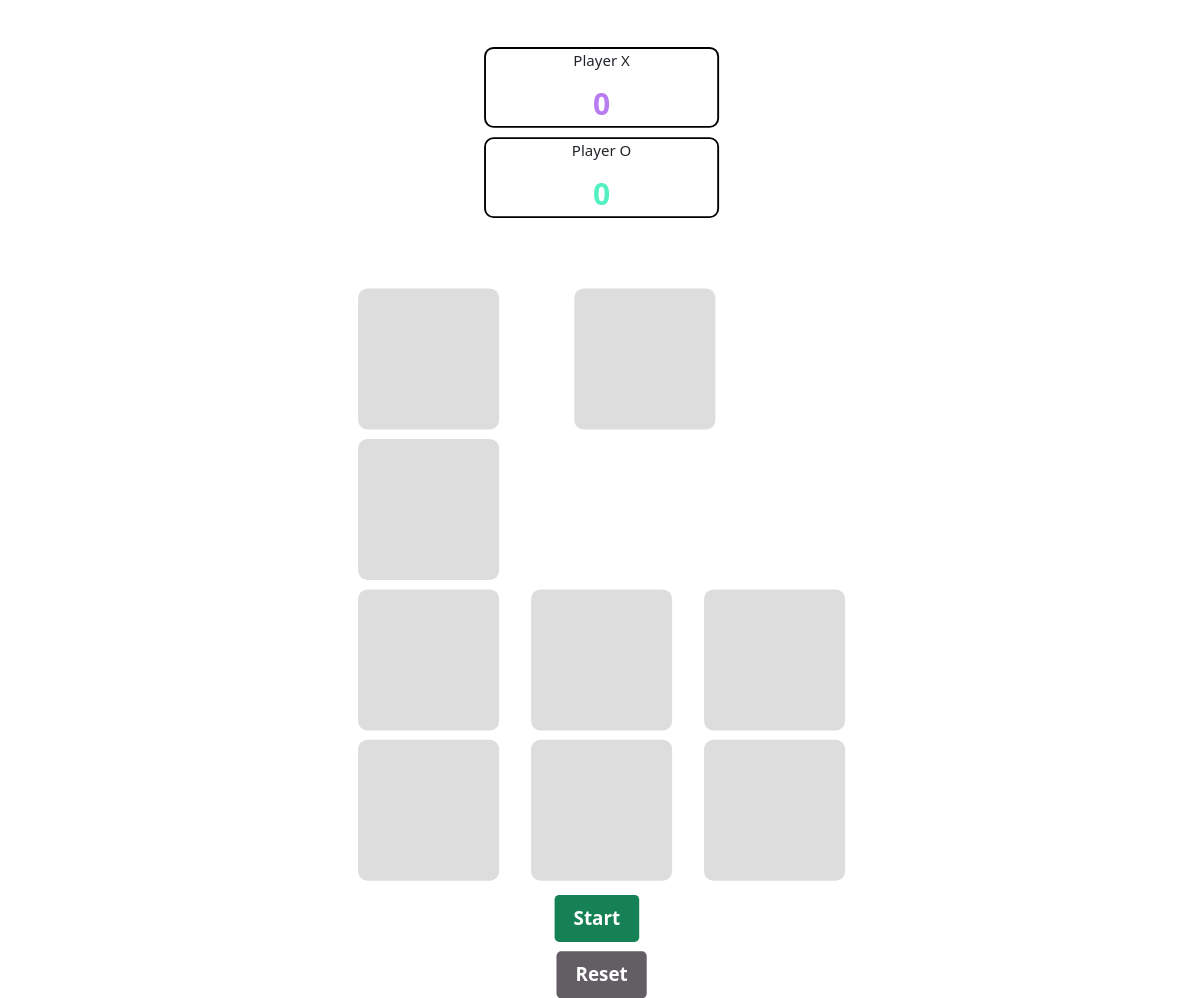
Repository: woodsdeshe/Tic-Tac-Toe
Page: index.html
These files come from the project's save history. The page is drawn as it stood at one moment and after the next save; the edit follows.
The browser window is 1280 px wide. The pictures show the whole page, at 94% of full size.

Above is the page before, as saved 2023-03-31 21:43:03.

### index.html
<!DOCTYPE html>
<html lang="en">
  <head>
    <meta charset="UTF-8" />
    <meta http-equiv="X-UA-Compatible" content="IE=edge" />
    <meta name="viewport" content="width=device-width, initial-scale=1.0" />
    <title>Tic Tac Toe | DeShe Woods</title>
    <link rel="stylesheet" href="styles.css" />
    <link
      href="https://cdn.jsdelivr.net/npm/bootstrap@5.3.0-alpha2/dist/css/bootstrap.min.css"
      rel="stylesheet"
      integrity="sha384-aFq/bzH65dt+w6FI2ooMVUpc+21e0SRygnTpmBvdBgSdnuTN7QbdgL+OapgHtvPp"
      crossorigin="anonymous"
    />
  </head>
  <body>
    <div class="container">
      <div class="row">
        <div class="col-12 scoreboard scoreboard-left">
          <div>Player X</div>
          <div class="score-x">0</div>
        </div>
        <div class="col-12 scoreboard scoreboard-right">
          <div>Player O</div>
          <div class="score-o">0</div>
        </div>
      </div>
      <div class="message"></div>
      <div class="container game-board">
        <div class="row">
          <div class="col-5">
            <div class="tile square-1"></div>
          </div>
          <div class="col-4">
            <div class="tile square-2"></div>
          </div>
          <div class="col-4">
            <div class="tile square-3"></div>
          </div>
        </div>
        <div class="row">
          <div class="col-4">
            <div class="tile square-4"></div>
          </div>
          <div class="col-4">
            <div class="tile square-5"></div>
          </div>
          <div class="col-4">
            <div class="tile square-6"></div>
          </div>
        </div>
        <div class="row">
          <div class="col-4">
            <div class="tile square-7"></div>
          </div>
          <div class="col-4">
            <div class="tile square-8"></div>
          </div>
          <div class="col-4">
            <div class="tile square-9"></div>
          </div>
        </div>
      </div>
        <div class="start">
            <button class="startBtn">Start</button>
        </div>
        <div class="reset">
            <button class="reset-btn">Reset</button>
        </div>
    </div>
    <script
      src="https://cdn.jsdelivr.net/npm/bootstrap@5.3.0-alpha2/dist/js/bootstrap.bundle.min.js"
      integrity="sha384-qKXV1j0HvMUeCBQ+QVp7JcfGl760yU08IQ+GpUo5hlbpg51QRiuqHAJz8+BrxE/N"
      crossorigin="anonymous"
    ></script>
    <script src="script.js"></script>
  </body>
</html>

### styles.css
.container {
  display: flex;
  flex-direction: column;
  align-items: center;
  margin-top: 50px;
}

.scoreboard {
  display: flex;
  flex-direction: column;
  align-items: center;
  border: 2px solid black;
  border-radius: 10px;
  width: 200px;
}

.scoreboard-left {
  margin-right: 70px;
  margin-bottom: 10px;
}

.scoreboard-right {
  margin: 0;
}

.score-x {
  font-size: 48px;
  color: rgb(184, 123, 241);
}

.score-o {
  font-size: 48px;
  color: rgb(83, 240, 193);
}

.score-x,
.score-o {
  font-size: 2em;
  font-weight: bold;
  margin-top: 10px;
}

.message {
  font-size: 2em;
  margin-bottom: 20px;
}

.game-board {
  display: flex;
  justify-content: center;
}

.tile {
  width: 150px;
  height: 150px;
  background-color: #ddd;
  margin: 5px;
  border-radius: 10px;
  display: flex;
  justify-content: center;
  align-items: center;
  font-size: 50px;
  font-weight: bold;
  cursor: pointer;
}

.startBtn {
    font-size: 20px;
    font-weight: bold;
    padding: 10px 20px;
    background-color: #158154;
    color: white;
    border-radius: 5px;
    border: none;
    cursor: pointer;
}

.start,
.reset {
  display: flex;
  justify-content: center;
  margin-top: 10px;
}

.startBtn,
.reset-btn {
  font-size: 20px;
  font-weight: bold;
  padding: 10px 20px;
  border-radius: 5px;
  border: none;
  cursor: pointer;
}

.reset-btn {
    background-color: #625e64;
    color: white;
  }

.startBtn {
    background-color: #158154;
    color: white;
    margin-right: 10px;
  }

.x-symbol {
    color: rgb(184, 123, 241);
}

.o-symbol {
    color: rgb(83, 240, 193);
}

@media (max-width: 767px) {
  .scoreboard {
    margin-bottom: 20px;
  }
}

### script.js
// Variables that access the squares, reset button, scoreboards , and messaging for the game that will stay constant
const gameBoard = document.querySelector(".game-board");
const resetBtn = document.querySelector(".reset-btn");
const scoreboardX = document.querySelector(".score-x");
const scoreboardO = document.querySelector(".score-o");
const message = document.querySelector(".message");
const tile = document.querySelectorAll(".tile");

// Variables that access the current player, game over, X and O scores that will change based on conditions of the game
let currentPlayer = "X";
let gameOver = false;
let xScore = 0;
let oScore = 0;

// This event listener will check to see if the tiles are empty and will fill them with the symbol of the current player

gameBoard.addEventListener("click", (event) => {
  event.preventDefault();

  //This if statement checks to see if the game is over before allowing the players to continue playing. If gameOver is true, then the board becomes unclickable
  if (gameOver) {
    return;
  }

  // This variable will hold the square that gets clicked using the .target property
  const square = event.target;

  // Checks to see if the square contains a class of tile and the square is empty. If it's empty then the square will contain a symbol and alternate the symbol according to the current player
  if (square.classList.contains("tile") && square.textContent === "") {
    // This if statement adds or removes the appropriate symbol class based on the current player so that the colors of the symbols will be different
    if (currentPlayer === "X") {
      square.classList.add("x-symbol");
      square.classList.remove("o-symbol");
    } else {
      square.classList.add("o-symbol");
      square.classList.remove("x-symbol");
    }

    square.textContent = currentPlayer;

    //Updates the message variable to show who's turn it is on the screen
    message.textContent = `It's ${currentPlayer} turn`;

    currentPlayer = currentPlayer === "X" ? "O" : "X";
  }

  //Calls the checkForWinner function after each turn to see if a player has won
  checkForWinner();
});

// Check to see if the tiles contain a winning play of a specific player
function currentPlay(plays, player) {
  // The .every method checks through every tile within the player array that checks to see if they contain the current players symbol with a boolean "true" or "false"
  return plays.every((tile) => {
    tileElement = document.querySelector(`.square-${tile}`);
    return tileElement.textContent === player;
  });
}

// This function will check to see which player has the winning set after each move
function checkForWinner() {
  // Nested arrays that show all the winning plays that are needed to win
  const winningPlays = [
    [1, 2, 3],
    [4, 5, 6],
    [7, 8, 9],
    [1, 4, 7],
    [2, 5, 8],
    [3, 6, 9],
    [1, 5, 9],
    [3, 5, 7],
  ];

  // Loops through each array within "winingPlays" and stores the values in the variable "plays"
  for (let i = 0; i < winningPlays.length; i++) {
    const plays = winningPlays[i];

    // Create if/else conditions that will check to see if the current player has a winning play thats in 'winningPlays', if no one wins, it calls the "itsATie" function to alert the players that the game is over and prevents the players from continuing to play using th endGame function"
    if (currentPlay(plays, "X")) {
      xScore++;
      scoreboardX.textContent = xScore;
      message.textContent = "Player X Wins!";
      gameOver = true;
      endGame();
    } else if (currentPlay(plays, "O")) {
      oScore++;
      scoreboardO.textContent = oScore;
      message.textContent = "Player O Wins!";
      gameOver = true;
      endGame();
    } else if (itsATie()) {
      message.textContent = "Game over! It's a tie!!!";
      gameOver = true;
      endGame();
    }
  }

  // This function iterates through all the tiles on the board and checks to see if the board is full. If there isn't any empty tiles left, it returns true.
  function itsATie() {
    for (let i = 0; i < tile.length; i++) {
      if (tile[i].textContent === "") {
        return false;
      }
    }
    return true;
  }

  // This function iterates through all the tiles in the game and removes the gameBoard listener so that the board is no longer clickable when the game is over
  function endGame() {
    for (let i = 0; i < tile.length; i++) {
      tile[i].removeEventListener("click", handleClick);
    }
  }
}

//This function resets the game
function resetGame() {
  currentPlayer = "X";
  gameOver = false;
  message.textContent = `It's ${currentPlayer} turn`;
  scoreboardX.textContent = "0";
  scoreboardO.textContent = "0";
  xScore = 0;
  oScore = 0;

  // Clears the board by setting the text content of all tiles to an empty string
  tile.forEach((tile) => {
    tile.textContent = "";
  });

  // Add back the event listener to each tile so that they are clickable again
  tile.forEach((tile) => {
    tile.addEventListener("click", handleTileClick);
  });
}

resetBtn.addEventListener("click", () => {
  resetGame();
});

After the next save:
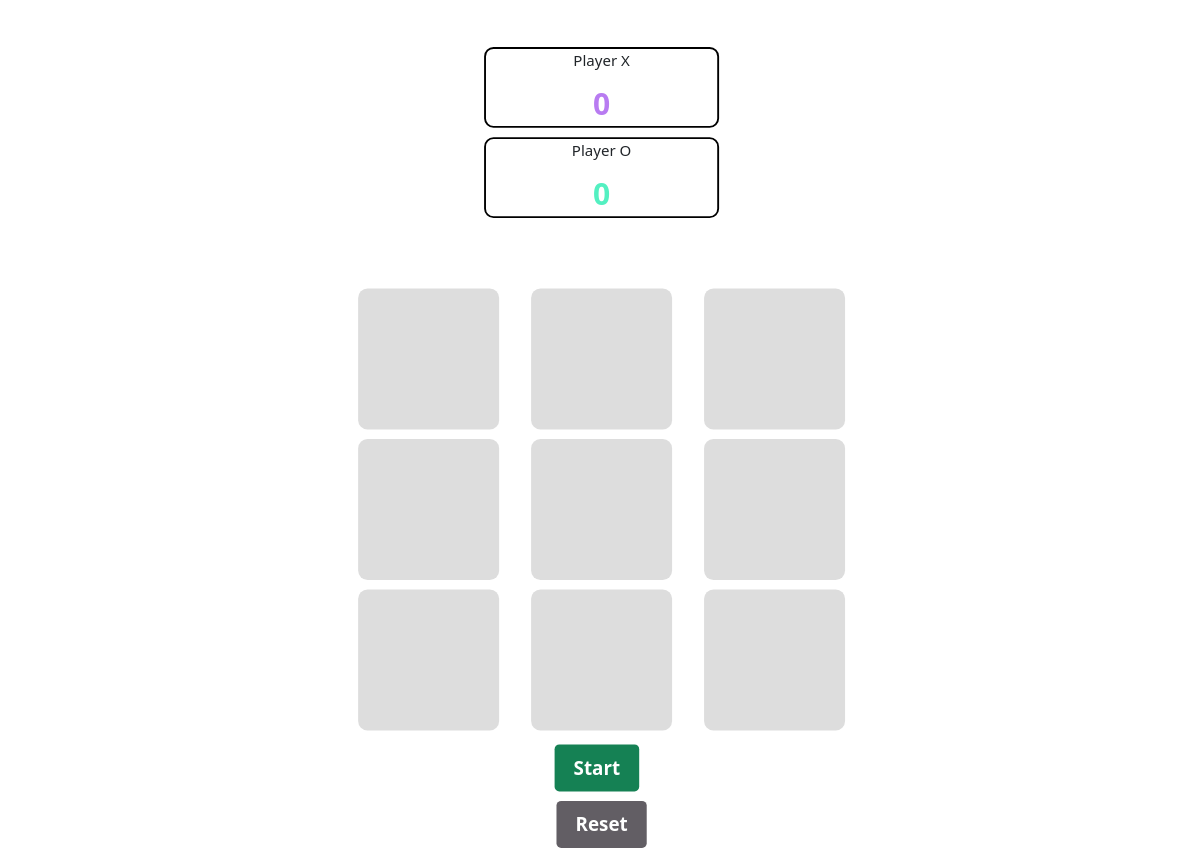
Saved 4 s later.
--- a/index.html
+++ b/index.html
@@ -28,7 +28,7 @@
       <div class="message"></div>
       <div class="container game-board">
         <div class="row">
-          <div class="col-5">
+          <div class="col-4">
             <div class="tile square-1"></div>
           </div>
           <div class="col-4">
